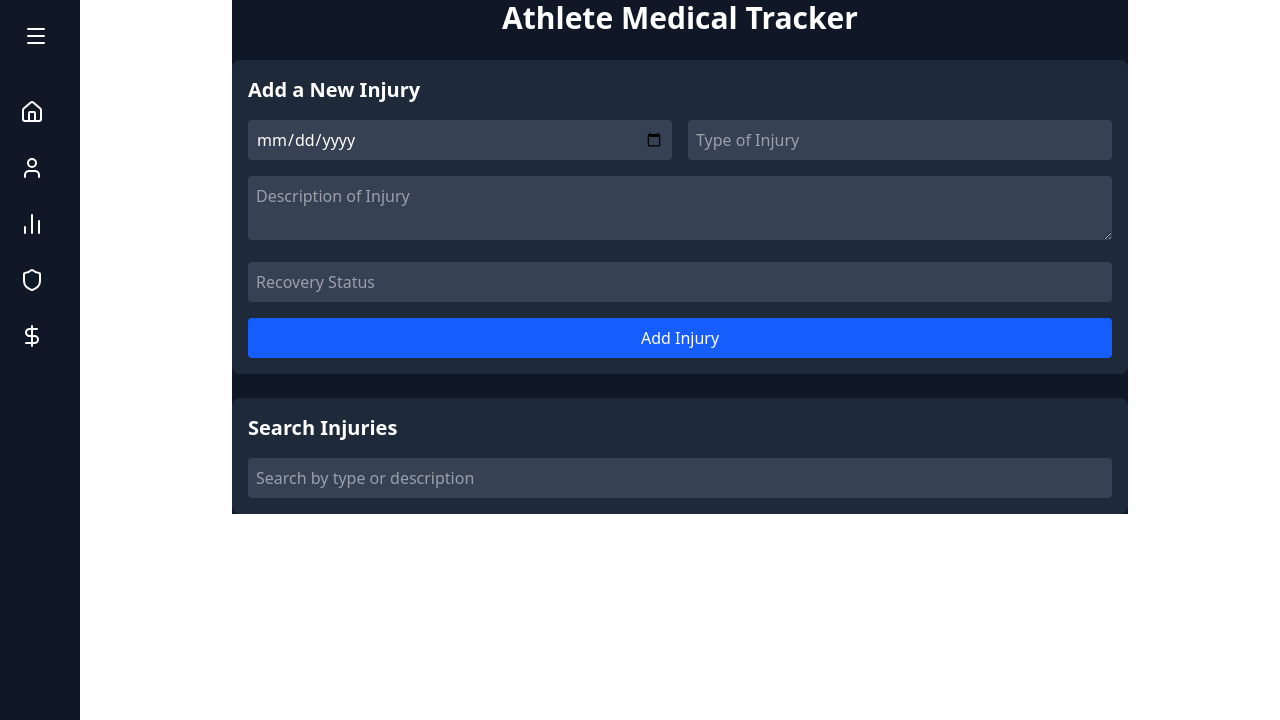
Repository: Shovon0004/Athlete
Page: /medical (app in Athlete/)
These files come from the project's save history. The page is drawn as it stood at one moment and after the next save; the edit follows.
The browser window is 1280 px wide. The pictures show the whole page.
The project was rebuilt for these pictures with package versions that can differ from the ones it lists, and the page was loaded fresh each time. Also part of the build but not shown: Athlete/vite.config.js, Athlete/src/components/FinanceActions.jsx, Athlete/src/components/EditableFinanceDashboard.jsx, Athlete/src/components/News.jsx, Athlete/src/components/SportsPage.jsx, Athlete/src/components/HeroPage.jsx.

Above is the page before, as saved 2025-01-28 22:12:30.

### Athlete/index.html
<!doctype html>
<html lang="en">
  <head>
    <meta charset="UTF-8" />
    <link rel="icon" type="image/svg+xml" href="/12.png" />
    <meta name="viewport" content="width=device-width, initial-scale=1.0" />
    <title>Khiladi.co</title>
  </head>
  <body>
    <div id="root"></div>
    <script type="module" src="/src/main.jsx"></script>
  </body>
</html>

### Athlete/src/App.jsx
import React from 'react';
import { BrowserRouter as Router, Route, Routes } from 'react-router-dom';
import SideNavbar from './components/SideNavbar';
import EditableFinanceDashboard from './components/EditableFinanceDashboard';
import HeroPage from './components/HeroPage';
import Medical from './components/Medical';

const App = () => {
  return (
    <Router>
      <div className="flex">
        <SideNavbar />

        <div className="ml-20 flex-grow ">
          <Routes>
            <Route path="/" element={<HeroPage />} />
            <Route path="/financial" element={<EditableFinanceDashboard />} />
            <Route path="/medical" element={<Medical />} />

            {/* Add other routes as needed */}
          </Routes>
        </div>
      </div>
    </Router>
  );
};

export default App;

### Athlete/src/components/SideNavbar.jsx
import React, { useState } from 'react';
import {
  Home,
  User,
  BarChart2,
  Shield,
  DollarSign,
  Menu
} from 'lucide-react';

const SideNavbar = () => {
  const [isExpanded, setIsExpanded] = useState(false);

  const navItems = [
    { icon: Home, label: 'Dashboard', href: '/' },
    { icon: User, label: 'Athletes', href: '/athletes' },
    { icon: BarChart2, label: 'Performance', href: '/performance' },
    { icon: Shield, label: 'Injuries', href: '/Medical' },
    { icon: DollarSign, label: 'Financial', href: '/financial' }
  ];

  return (
    <div
      className={`h-screen bg-gray-900 text-white transition-all duration-300
        ${isExpanded ? 'w-64' : 'w-20'} fixed left-0 top-0 z-50`}
    >
      <div className="flex flex-col h-full">
        {/* Logo & Toggle */}
        <div className="flex items-center justify-between p-4  border-orange-700">
          {isExpanded && (
            <div className="text-xl font-bold">Khiladi</div>
          )}
          <button
            onClick={() => setIsExpanded(!isExpanded)}
            className="hover:bg-orange-700 p-2 rounded"
          >
            <Menu />
          </button>
        </div>

        {/* Navigation Items */}
        <nav className="flex-grow mt-4">
          <ul className="space-y-2">
            {navItems.map((item, index) => (
              <li key={index}>
                <a
                  href={item.href}
                  className={`flex items-center p-3 hover:bg-orange-700
                    ${isExpanded ? 'justify-start px-6' : 'justify-center'}`}
                >
                  <item.icon className="mr-4" />
                  {isExpanded && <span>{item.label}</span>}
                </a>
              </li>
            ))}
          </ul>
        </nav>
      </div>
    </div>
  );
};

export default SideNavbar;

### Athlete/src/components/Medical.jsx
import React, { useState } from "react";
import { motion } from "framer-motion";

const Medical = () => {
  const [injuries, setInjuries] = useState([]);
  const [newInjury, setNewInjury] = useState({
    date: "",
    type: "",
    description: "",
    recoveryStatus: "",
  });
  const [searchTerm, setSearchTerm] = useState("");
  const [filteredInjuries, setFilteredInjuries] = useState([]);

  const handleInputChange = (e) => {
    const { name, value } = e.target;
    setNewInjury({ ...newInjury, [name]: value });
  };

  const addInjury = () => {
    if (newInjury.date && newInjury.type) {
      const updatedInjuries = [...injuries, { ...newInjury, id: Date.now() }];
      setInjuries(updatedInjuries);
      setFilteredInjuries(updatedInjuries);
      setNewInjury({ date: "", type: "", description: "", recoveryStatus: "" });
    }
  };

  const handleSearch = (e) => {
    const term = e.target.value;
    setSearchTerm(term);
    if (term) {
      setFilteredInjuries(
        injuries.filter(
          (injury) =>
            injury.type.toLowerCase().includes(term.toLowerCase()) ||
            injury.description.toLowerCase().includes(term.toLowerCase())
        )
      );
    } else {
      setFilteredInjuries(injuries);
    }
  };

  const deleteInjury = (id) => {
    const updatedInjuries = injuries.filter((injury) => injury.id !== id);
    setInjuries(updatedInjuries);
    setFilteredInjuries(updatedInjuries);
  };

  return (
    <div className=" max-w-4xl mx-auto bg-gray-900 text-white">
      <motion.h1
        className="text-3xl font-bold mb-6 text-center"
        initial={{ opacity: 0, y: -50 }}
        animate={{ opacity: 1, y: 0 }}
      >
        Athlete Medical Tracker
      </motion.h1>

      <div className="mb-6 p-4 rounded-lg bg-gray-800">
        <h2 className="text-xl font-semibold mb-4">Add a New Injury</h2>
        <div className="grid grid-cols-1 gap-4 sm:grid-cols-2">
          <input
            type="date"
            name="date"
            value={newInjury.date}
            onChange={handleInputChange}
            className="p-2 rounded bg-gray-700 text-white"
            placeholder="Date of Injury"
          />
          <input
            type="text"
            name="type"
            value={newInjury.type}
            onChange={handleInputChange}
            className="p-2 rounded bg-gray-700 text-white"
            placeholder="Type of Injury"
          />
        </div>
        <textarea
          name="description"
          value={newInjury.description}
          onChange={handleInputChange}
          className="mt-4 p-2 w-full rounded bg-gray-700 text-white"
          placeholder="Description of Injury"
        ></textarea>
        <input
          type="text"
          name="recoveryStatus"
          value={newInjury.recoveryStatus}
          onChange={handleInputChange}
          className="mt-4 p-2 w-full rounded bg-gray-700 text-white"
          placeholder="Recovery Status"
        />
        <button
          onClick={addInjury}
          className="mt-4 w-full p-2 bg-blue-600 hover:bg-blue-700 rounded text-white"
        >
          Add Injury
        </button>
      </div>

      <div className="mb-6 p-4 rounded-lg bg-gray-800">
        <h2 className="text-xl font-semibold mb-4">Search Injuries</h2>
        <input
          type="text"
          value={searchTerm}
          onChange={handleSearch}
          className="p-2 w-full rounded bg-gray-700 text-white"
          placeholder="Search by type or description"
        />
      </div>

      <div className="space-y-4">
        {filteredInjuries.map((injury) => (
          <div key={injury.id} className="p-4 rounded-lg bg-gray-800">
            <h3 className="text-lg font-bold">{injury.type}</h3>
            <p className="text-sm text-gray-400">Date: {injury.date}</p>
            <p className="mt-2">{injury.description}</p>
            <p className="mt-2 text-sm font-medium text-green-400">
              Recovery Status: {injury.recoveryStatus || "Not updated"}
            </p>
            <button
              onClick={() => deleteInjury(injury.id)}
              className="mt-4 p-2 bg-red-600 hover:bg-red-700 rounded text-white"
            >
              Delete
            </button>
          </div>
        ))}
      </div>
    </div>
  );
};

export default Medical;

Loaded but not shown: Athlete/src/main.jsx (common file); Athlete/src/index.css (common file)

After the next save:
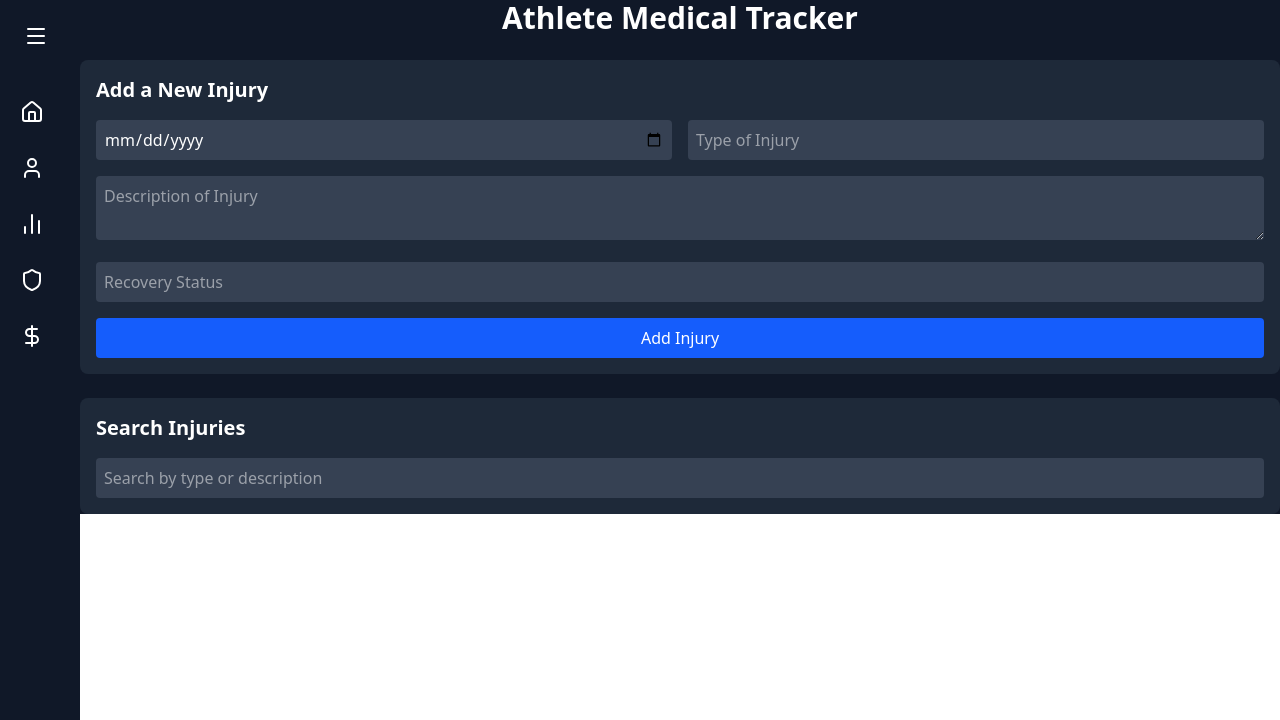
Saved 6 s later.
--- a/Athlete/src/components/Medical.jsx
+++ b/Athlete/src/components/Medical.jsx
@@ -49,7 +49,7 @@
   };
 
   return (
-    <div className=" max-w-4xl mx-auto bg-gray-900 text-white">
+    <div className=" max-w-full mx-auto bg-gray-900 text-white">
       <motion.h1
         className="text-3xl font-bold mb-6 text-center"
         initial={{ opacity: 0, y: -50 }}
